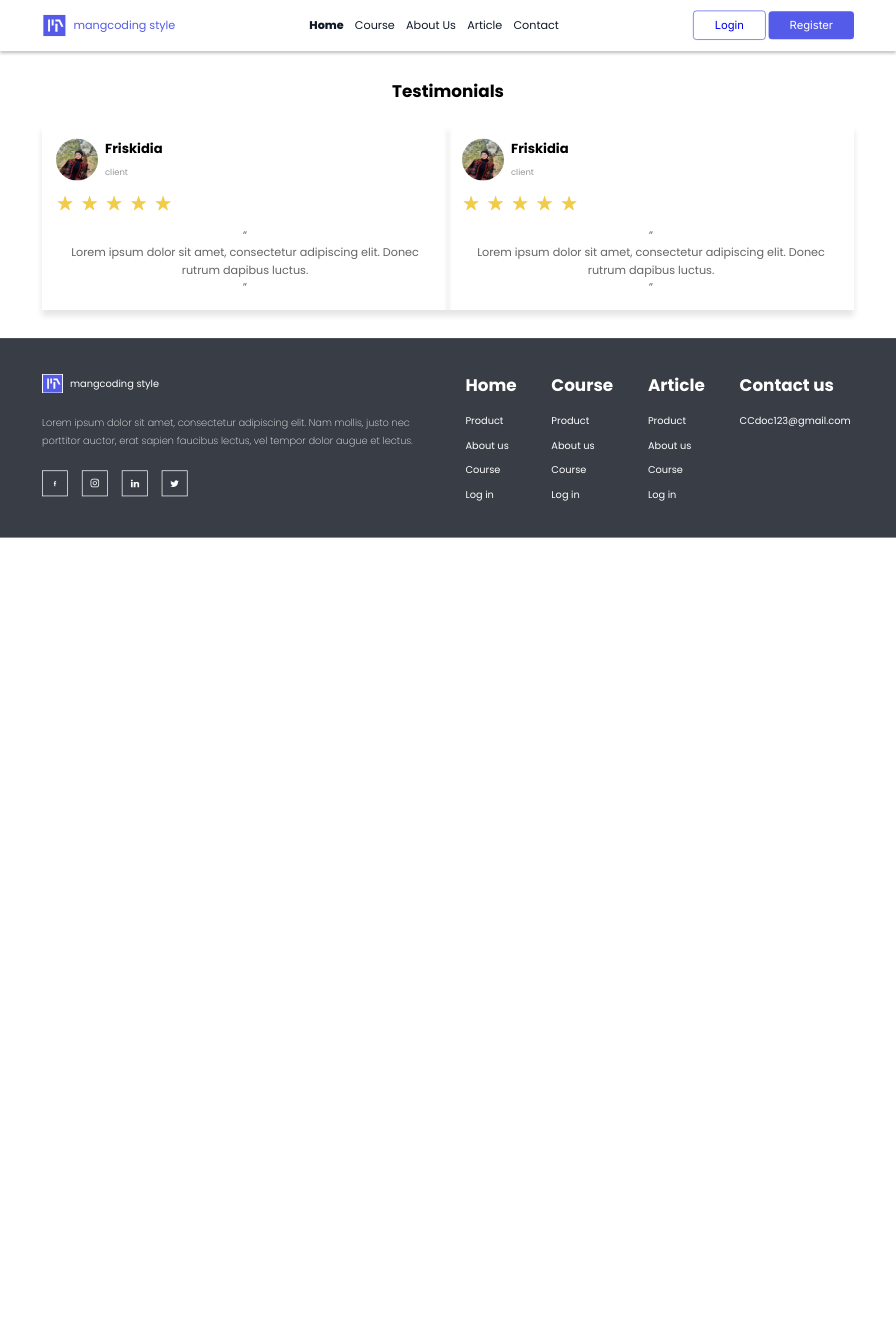
Repository: Dania-Alqam/landing-page
Page: index.html
These files come from the project's save history. The page is drawn as it stood at one moment and after the next save; the edit follows.
The browser window is 1280 px wide. The pictures show the part of the page from y = 0 to 1920 px (the page is 5000 px tall), at 70% of full size.

Above is the page before, as saved 2024-06-22 17:18:20.

### index.html
<!DOCTYPE html>
<html lang="en">

<head>
    <meta charset="UTF-8" />
    <meta name="viewport" content="width=device-width, initial-scale=1.0" />
    <title>Document</title>
    <link rel="stylesheet" href="./assests/css/main.css" />
</head>

<body>
    <header class="header">
        <div class="container">
            <div class="row">
                <div class="logo">
                    <img src="./assests/images/public/Logo.svg" alt="logo" />
                    <a href="#">mangcoding style</a>
                </div>
                <nav class="nav">
                    <ul>
                        <li>
                            <a href="#" class="active">Home</a>
                        </li>
                        <li>
                            <a href="#">Course</a>
                        </li>
                        <li>
                            <a href="#">About Us</a>
                        </li>
                        <li>
                            <a href="#">Article</a>
                        </li>
                        <li>
                            <a href="#">Contact</a>
                        </li>
                    </ul>
                </nav>
                <div class="auth">
                    <a href="#">Login</a>
                    <a href="#">Register</a>
                </div>
            </div>
        </div>
    </header>

    <main>
        <section class="testimonials">
            <h2>
                Testimonials
            </h2>
            <div class="container">
                <div class="row">
                    <div class="testimonial">
                        <div class="user-info">
                            <img src="assests/images/clients/client1.jpeg" />
                            <div class="user-data">
                                <h3>Friskidia</h3>
                                <span>client</span>
                            </div>
                        </div>
                        <div class="ratings">
                            <img src="./assests/images/public/Star.svg" alt="stars" />
                            <img src="./assests/images/public/Star.svg" alt="stars" />
                            <img src="./assests/images/public/Star.svg" alt="stars" />
                            <img src="./assests/images/public/Star.svg" alt="stars" />
                            <img src="./assests/images/public/Star.svg" alt="stars" />

                        </div>
                        <blockquote>
                            <q>
                                <p> Lorem ipsum dolor sit amet, consectetur adipiscing elit. Donec rutrum dapibus
                                    luctus.
                                </p>

                            </q>
                        </blockquote>
                    </div>
                    <div class="testimonial">
                        <div class="user-info">
                            <img src="assests/images/clients/client1.jpeg" />
                            <div class="user-data">
                                <h3>Friskidia</h3>
                                <span>client</span>
                            </div>
                        </div>
                        <div class="ratings">
                            <img src="./assests/images/public/Star.svg" alt="stars" />
                            <img src="./assests/images/public/Star.svg" alt="stars" />
                            <img src="./assests/images/public/Star.svg" alt="stars" />
                            <img src="./assests/images/public/Star.svg" alt="stars" />
                            <img src="./assests/images/public/Star.svg" alt="stars" />

                        </div>
                        <blockquote>
                            <q>
                                <p> Lorem ipsum dolor sit amet, consectetur adipiscing elit. Donec rutrum dapibus
                                    luctus.
                                </p>                            </q>
                        </blockquote>
                    </div>
                </div>
            </div>

        </section>
    </main>
    <footer class="footer">
        <div class="container">
            <div class="row">
                <div class="footer-start">
                    <div class="logo">
                        <img src="./assests/images/public/Logo.svg" alt="logo" />
                        <a href="#">mangcoding style</a>
                    </div>
                    <p>
                        Lorem ipsum dolor sit amet, consectetur adipiscing elit. Nam
                        mollis, justo nec porttitor auctor, erat sapien faucibus lectus,
                        vel tempor dolor augue et lectus.
                    </p>
                    <div class="icons">
                        <a href="#"><img src="./assests/images/public/facebok.svg" /></a>
                        <a href="#"><img src="./assests/images/public/instagram.svg" /></a>
                        <a href="#"><img src="./assests/images/public/linkedin.svg" /></a>
                        <a href="#"><img src="./assests/images/public/twitter.svg" /></a>
                    </div>
                </div>
                <div class="footer-end">
                    <div class="row">
                        <div class="footer-item">
                            <h2>
                                Home
                            </h2>
                            <ul>
                                <li>
                                    <a href="#">Product</a>
                                </li>
                                <li>
                                    <a href="#">About us</a>
                                </li>
                                <li>
                                    <a href="#">Course</a>
                                </li>
                                <li>
                                    <a href="#">Log in</a>
                                </li>
                            </ul>
                        </div>
                        <div class="footer-item">
                            <h2>
                                Course
                            </h2>
                            <ul>
                                <li>
                                    <a href="#">Product</a>
                                </li>
                                <li>
                                    <a href="#">About us</a>
                                </li>
                                <li>
                                    <a href="#">Course</a>
                                </li>
                                <li>
                                    <a href="#">Log in</a>
                                </li>
                            </ul>
                        </div>
                        <div class="footer-item">
                            <h2>
                                Article
                            </h2>
                            <ul>
                                <li>
                                    <a href="#">Product</a>
                                </li>
                                <li>
                                    <a href="#">About us</a>
                                </li>
                                <li>
                                    <a href="#">Course</a>
                                </li>
                                <li>
                                    <a href="#">Log in</a>
                                </li>
                            </ul>
                        </div>
                        <div class="footer-item">
                            <h2>
                                Contact us
                            </h2>
                            <ul>
                                <li>
                                    <a href="#">CCdoc123@gmail.com</a>
                                </li>

                        </div>
                    </div>
                </div>
            </div>
        </div>
    </footer>
</body>

</html>

### assests/css/main.css
@import url(./public.css);

/* start header */
.header {
  position: sticky;
  top: 0;
  box-shadow: 0px 4px 4px rgba(0, 0, 0, 0.25);
  padding: 20px 0;
  background-color: #fff;
}

.nav ul {
  display: flex;
  flex-wrap: wrap;
  gap: 16px;
}
.header .logo {
  display: flex;
  flex-wrap: wrap;
  align-items: center;
  gap: 10px;
}
.header .logo img {
  width: 35px;
}

.header .logo a {
  color: var(--mainColor);
}

.header .nav a {
  color: #101928;
}

.header .nav a:hover {
  color: var(--mainColor);
}
/* For the home bold*/
.active {
  font-weight: 800;
}
/* common properities*/
.header .auth a {
  font-family: var(--subFont);
  padding: 10px 30px;
  border-radius: 5px;
}
.header .auth a:first-of-type {
  border: 1px solid var(--mainColor);
}
.header .auth a:last-of-type {
  background-color: var(--mainColor);
  color: white;
}
@media (max-width: 900px) {
  .header .nav {
    display: none;
  }
}
/* end header */

/* start testemonials*/
.testimonials {
  text-align: center;
  padding: 40px 0;
}
.testimonials .row {
  /* gap: 40px; */
}

.testimonials h2 {
  margin-bottom: 30px;
}
.testimonial {
  display: flex;
  flex-direction: column;
  gap: 20px;
  align-items: flex-start;
  width: 50%;
  box-shadow: 0px 8.23719596862793px 8.23719596862793px rgba(0, 0, 0, 0.1);
  padding: 20px;

}
.testimonial .user-info img {
  width: 60px;
  height: 60px;
  border-radius: 50%;
}

.testimonial .user-info {
  display: flex;
  flex-wrap: wrap;
  gap: 10px;
}
.testimonial .user-info .user-data {
  display: flex;
  flex-direction: column;
  gap: 10px;
  flex-wrap: wrap;
  align-items: start;
}

.testimonial .user-info .user-data span {
  font-size: 12px;
  color: #969696;
}

.testimonial .ratings {
  display: flex;
  flex-wrap: wrap;
  gap: 10px;
}

.testimonial q{
    color: #646464;
}

.testimonial blockquote p{
    display: inline-block;
    padding: 0 4px;
}
/* start footer */
.footer {
  background-color: #393e46;
  padding: 50px 0;
}

.footer a,
.footer h2 {
  color: #fff;
}

.footer .footer-start,
.footer .footer-end {
  width: calc((100% - 40px) / 2);
}

.footer .row {
  gap: 40px;
}

.footer .footer-start {
  display: flex;
  flex-direction: column;
  gap: 30px;
  flex-wrap: wrap;
}

.footer .footer-start .logo {
  display: flex;
  flex-wrap: wrap;
  gap: 10px;
  align-items: center;
}
.footer .footer-start .logo img {
  width: 30px;
}
.footer .footer-start .logo a {
  font-size: 14px;
}
.footer .footer-start p {
  color: #f4f4f4;
  line-height: 25px;
  font-size: 14px;
  font-weight: 200;
}
.footer .footer-start .icons {
  display: flex;
  flex-wrap: wrap;
  gap: 20px;
}
.footer .footer-start .icons img {
  width: 15px;
  height: 15px;
  border: 1px solid #fff;
  padding: 10px;
  box-sizing: content-box;
}

.footer-end .row {
  align-items: start;
  justify-content: space-around;
}
.footer-end .footer-item {
  display: flex;
  flex-direction: column;
  flex-wrap: wrap;
  gap: 20px;
}
.footer-end .footer-item ul {
  display: flex;
  flex-direction: column;
  flex-wrap: wrap;
  gap: 10px;
}
.footer-end .footer-item a {
  font-size: 14px;
}

/* end footer */

### assests/images/public/Star.svg
<svg width="25" height="25" viewBox="0 0 10 9" fill="none" xmlns="http://www.w3.org/2000/svg">
<path d="M5.00313 0.422667C5.06478 0.232942 5.33319 0.232942 5.39483 0.422668L6.26237 3.09266C6.28994 3.17751 6.36901 3.23496 6.45822 3.23496H9.26562C9.46511 3.23496 9.54805 3.49023 9.38666 3.60749L7.11543 5.25764C7.04325 5.31007 7.01305 5.40302 7.04062 5.48787L7.90815 8.15787C7.9698 8.34759 7.75265 8.50536 7.59126 8.3881L5.32003 6.73796C5.24785 6.68552 5.15012 6.68552 5.07794 6.73796L2.80671 8.3881C2.64532 8.50536 2.42817 8.34759 2.48981 8.15787L3.35735 5.48787C3.38492 5.40302 3.35472 5.31007 3.28254 5.25764L1.01131 3.60749C0.849916 3.49023 0.93286 3.23496 1.13235 3.23496H3.93975C4.02896 3.23496 4.10803 3.17751 4.1356 3.09266L5.00313 0.422667Z" fill="#F1CC4A"/>
</svg>

### assests/css/public.css
@import url('https://fonts.googleapis.com/css2?family=Poppins:ital,wght@0,100;0,200;0,300;0,400;0,500;0,600;0,700;0,800;0,900;1,100;1,200;1,300;1,400;1,500;1,600;1,700;1,800;1,900&display=swap');
@import url('https://fonts.googleapis.com/css2?family=Inter:wght@100..900&display=swap');

*{
    margin: 0;
    padding: 0;
    box-sizing: border-box;
}
:root{
    --mainFont: "Poppins", sans-serif;
    --subFont:  "Inter", sans-serif;
    --mainColor: #545BE8;

}
body{
    font-family: var(--mainFont);
    height: 5000px;
}
a{
    text-decoration: none;
}
ul{
    list-style: none;
}
.row{
    display: flex;
    justify-content: space-between;
    align-items: center;
    flex-wrap: wrap;

}

.container{
    /* width from figma is 60px from each side*/
    width: calc(100% - 120px);
    margin: auto;
}

After the next save:
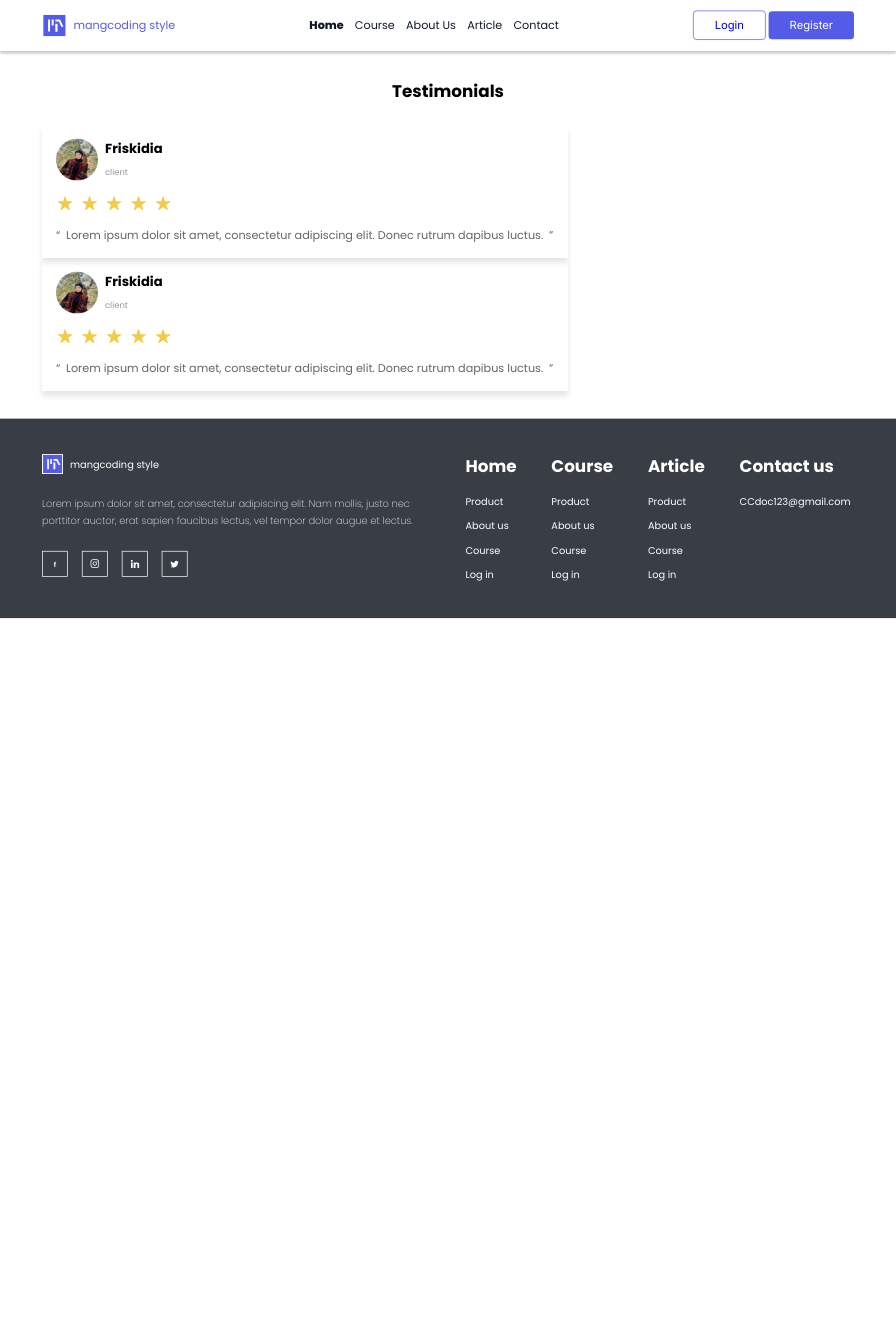
Saved 9 s later.
--- a/assests/css/main.css
+++ b/assests/css/main.css
@@ -76,7 +76,7 @@
   flex-direction: column;
   gap: 20px;
   align-items: flex-start;
-  width: 50%;
+  width: %;
   box-shadow: 0px 8.23719596862793px 8.23719596862793px rgba(0, 0, 0, 0.1);
   padding: 20px;
 
